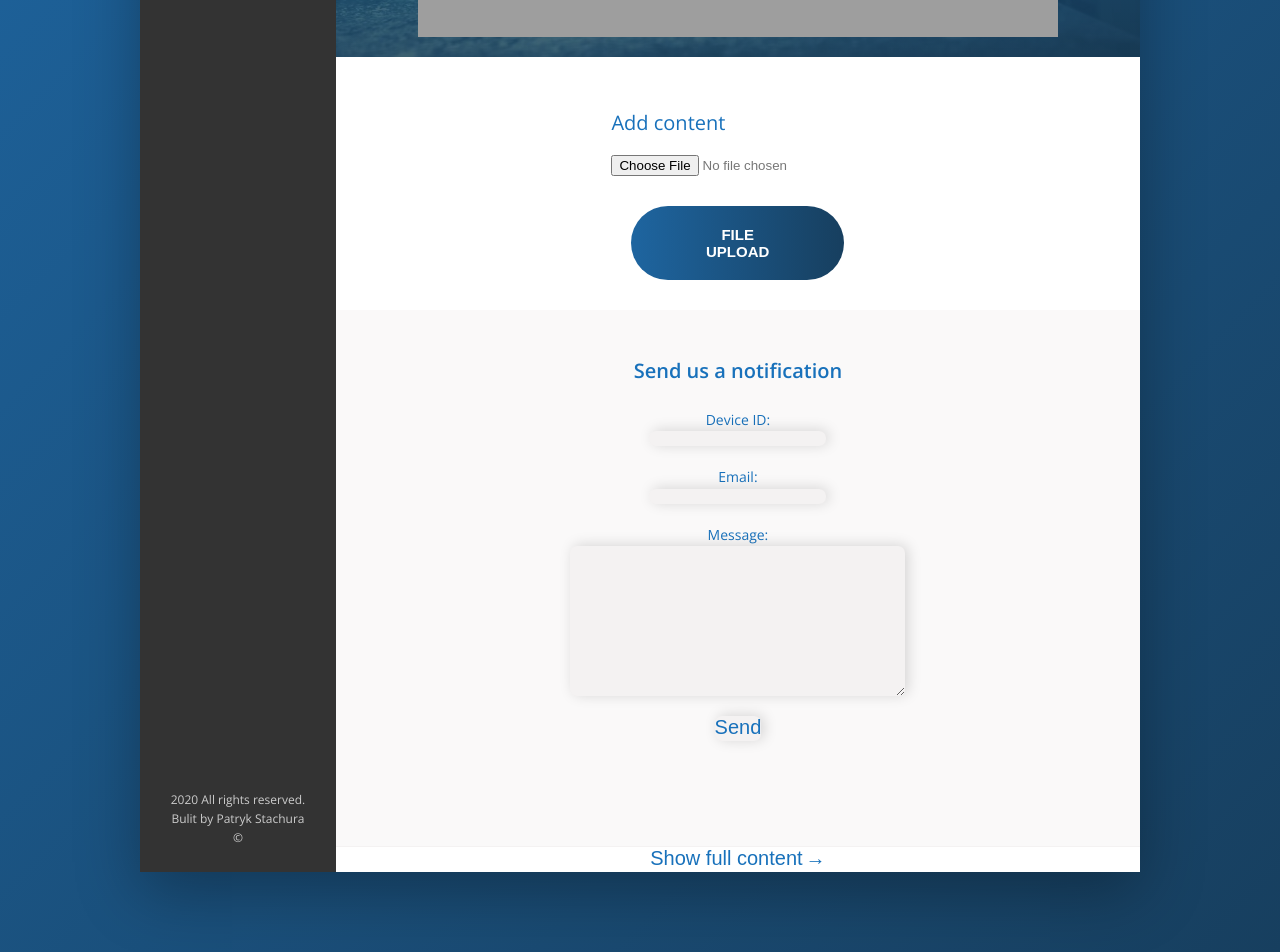
Repository: xStanlee/xStanlee.github.io
Page: index.html
The author's editor kept a copy of each file at every save. The page is drawn from the files as they stood at one save, then again after the next save.
The browser window is 1280 px wide. The pictures show the part of the page from y = 358 to 1310 px (the page is 1310 px tall before and 1270 px after).
Pictures or frames that could not be fetched are drawn as grey boxes.

Above is the page before, as saved 2021-03-13 19:44:36.

After the next save:
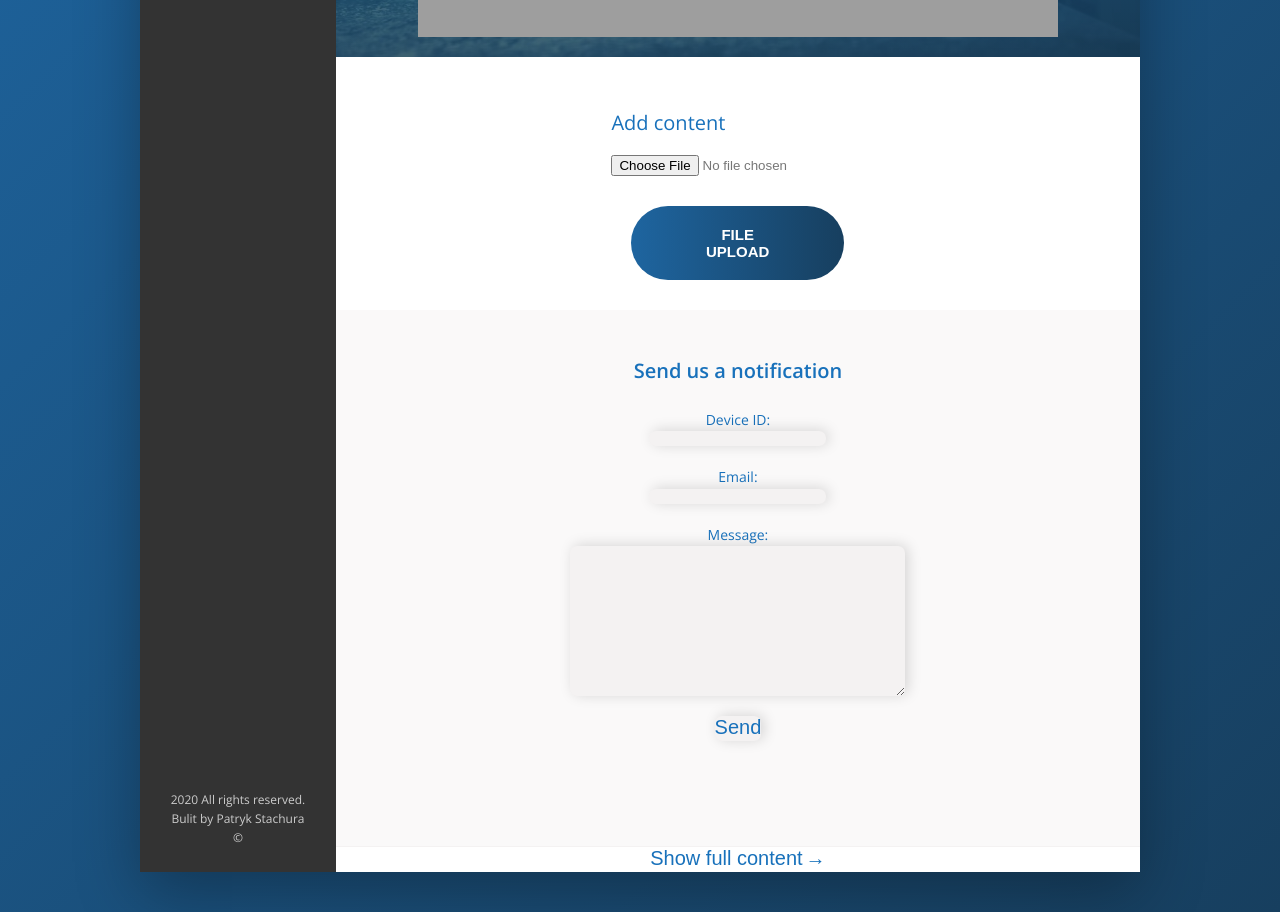
Saved 12 s later.
--- a/css/style.css
+++ b/css/style.css
@@ -52,7 +52,7 @@ body {
 
 .container {
   max-width: 100em;
-  margin: 0 auto 8rem auto;
+  margin: 0 auto 4rem auto;
   background-color: var(--grey-light-1);
   box-shadow: var(--shadow-dark);
   min-height: 50rem;
